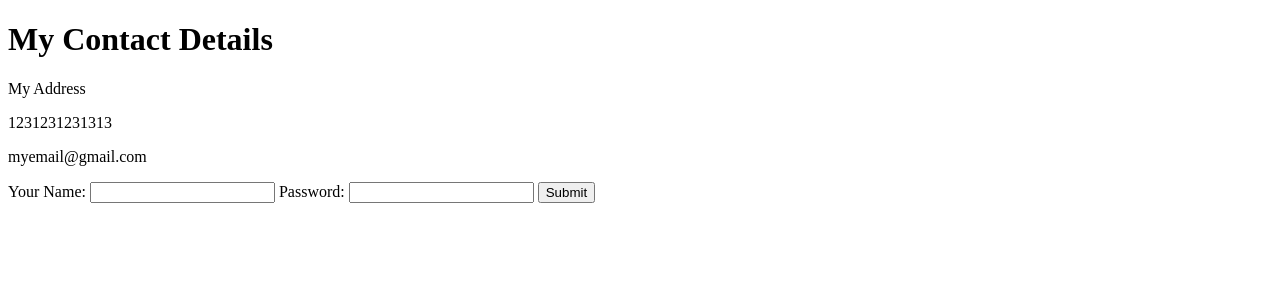
Repository: Isanderr/simple_landing_page-1
Page: contact.html
These files come from the project's save history. The page is drawn as it stood at one moment and after the next save; the edit follows.
The browser window is 1280 px wide. The pictures show the whole page.

Above is the page before, as saved 2019-01-29 09:43:17.

### contact.html
<!DOCTYPE html>
<html lang="en">

    <head>
        <meta charset="UTF-8">
        <meta name="viewport" content="width=device-width, initial-scale=1.0">
        <meta http-equiv="X-UA-Compatible" content="ie=edge">
        <title>ContactMe</title>
    </head>

    <body>
        <h1>My Contact Details</h1>
        <p>My Address</p>
        <p>1231231231313</p>
        <p>myemail@gmail.com</p>
        <form action="" class="" method="POST">
            <label>Your Name: </label>
            <input type="text">
            <label for="">Password: </label>
            <input type="password">
            <input type="submit">
        </form>
    </body>

</html>

After the next save:
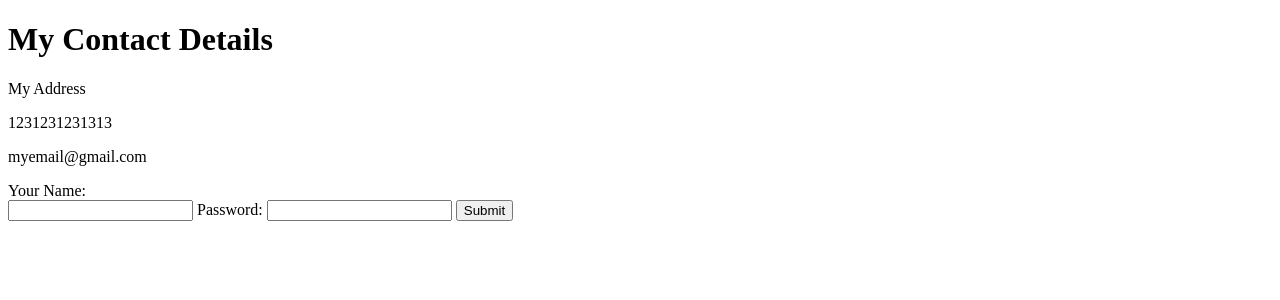
Saved 16 s later.
--- a/contact.html
+++ b/contact.html
@@ -14,7 +14,7 @@
         <p>1231231231313</p>
         <p>myemail@gmail.com</p>
         <form action="" class="" method="POST">
-            <label>Your Name: </label>
+            <label>Your Name: </label><br>
             <input type="text">
             <label for="">Password: </label>
             <input type="password">
